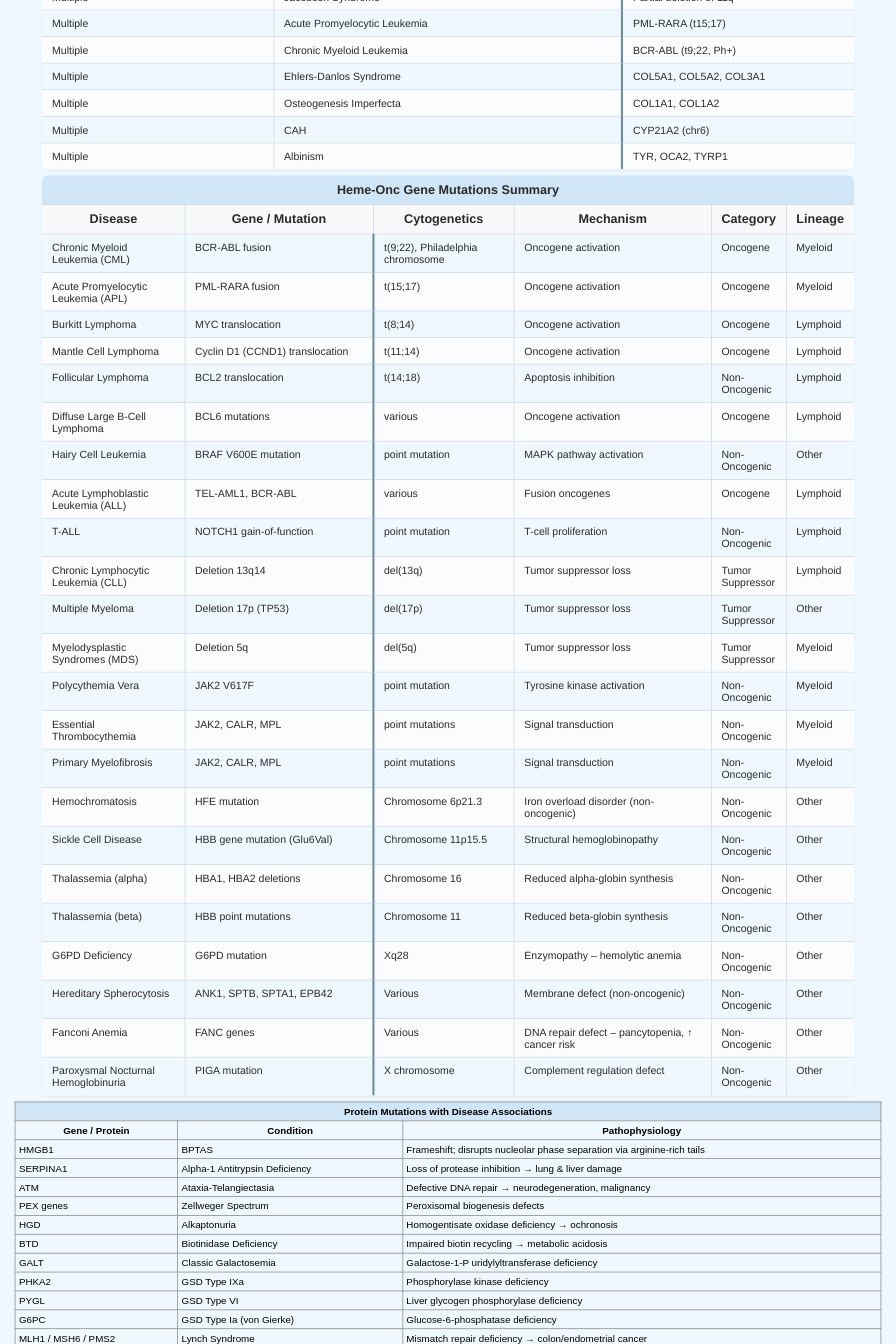
Repository: sharperdragon/STEVEL-1-Summaries
Page: subdex/metabolism.html
The author's editor kept a copy of each file at every save. The page is drawn from the files as they stood at one save, then again after the next save.
The browser window is 1280 px wide. The pictures show the part of the page from y = 4044 to 5964 px (the page is 6531 px tall before and 5207 px after), at 70% of full size.

Above is the page before, as saved 2025-05-19 13:04:34.

After the next save:
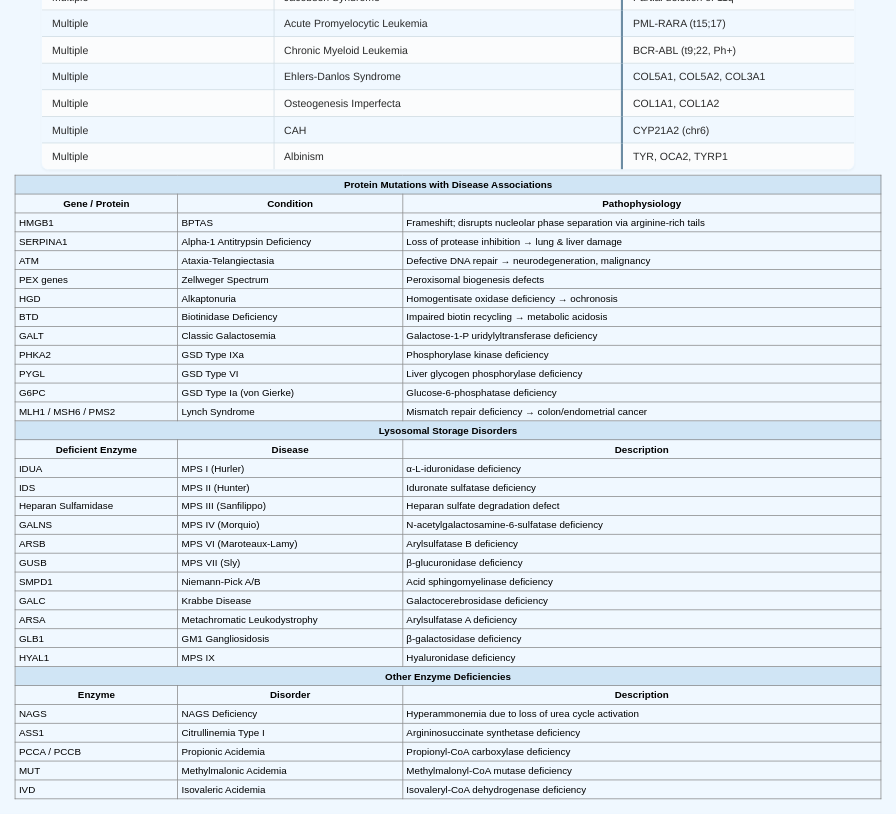
Saved 28 s later.
--- a/subdex/metabolism.html
+++ b/subdex/metabolism.html
@@ -222,50 +222,6 @@
   </table>
 </div>
 
-<div class="table-container">
-  <table class="autoantibody-table">
-    <thead>
-      <tr>
-        <th colspan="6" style="text-align: center; background-color: #d0e5f5;">
-          <strong>Heme-Onc Gene Mutations Summary</strong>
-        </th>
-      </tr>
-      <tr>
-        <th style="background-color: #f7f9fa;">Disease</th>
-        <th style="background-color: #f7f9fa;">Gene / Mutation</th>
-        <th style="background-color: #f7f9fa;">Cytogenetics</th>
-        <th style="background-color: #f7f9fa;">Mechanism</th>
-        <th style="background-color: #f7f9fa;">Category</th>
-        <th style="background-color: #f7f9fa;">Lineage</th>
-      </tr>
-    </thead>
-    <tbody>
-<tr><td>Chronic Myeloid Leukemia (CML)</td><td>BCR-ABL fusion</td><td>t(9;22), Philadelphia chromosome</td><td>Oncogene activation</td><td>Oncogene</td><td>Myeloid</td></tr>
-<tr><td>Acute Promyelocytic Leukemia (APL)</td><td>PML-RARA fusion</td><td>t(15;17)</td><td>Oncogene activation</td><td>Oncogene</td><td>Myeloid</td></tr>
-<tr><td>Burkitt Lymphoma</td><td>MYC translocation</td><td>t(8;14)</td><td>Oncogene activation</td><td>Oncogene</td><td>Lymphoid</td></tr>
-<tr><td>Mantle Cell Lymphoma</td><td>Cyclin D1 (CCND1) translocation</td><td>t(11;14)</td><td>Oncogene activation</td><td>Oncogene</td><td>Lymphoid</td></tr>
-<tr><td>Follicular Lymphoma</td><td>BCL2 translocation</td><td>t(14;18)</td><td>Apoptosis inhibition</td><td>Non-Oncogenic</td><td>Lymphoid</td></tr>
-<tr><td>Diffuse Large B-Cell Lymphoma</td><td>BCL6 mutations</td><td>various</td><td>Oncogene activation</td><td>Oncogene</td><td>Lymphoid</td></tr>
-<tr><td>Hairy Cell Leukemia</td><td>BRAF V600E mutation</td><td>point mutation</td><td>MAPK pathway activation</td><td>Non-Oncogenic</td><td>Other</td></tr>
-<tr><td>Acute Lymphoblastic Leukemia (ALL)</td><td>TEL-AML1, BCR-ABL</td><td>various</td><td>Fusion oncogenes</td><td>Oncogene</td><td>Lymphoid</td></tr>
-<tr><td>T-ALL</td><td>NOTCH1 gain-of-function</td><td>point mutation</td><td>T-cell proliferation</td><td>Non-Oncogenic</td><td>Lymphoid</td></tr>
-<tr><td>Chronic Lymphocytic Leukemia (CLL)</td><td>Deletion 13q14</td><td>del(13q)</td><td>Tumor suppressor loss</td><td>Tumor Suppressor</td><td>Lymphoid</td></tr>
-<tr><td>Multiple Myeloma</td><td>Deletion 17p (TP53)</td><td>del(17p)</td><td>Tumor suppressor loss</td><td>Tumor Suppressor</td><td>Other</td></tr>
-<tr><td>Myelodysplastic Syndromes (MDS)</td><td>Deletion 5q</td><td>del(5q)</td><td>Tumor suppressor loss</td><td>Tumor Suppressor</td><td>Myeloid</td></tr>
-<tr><td>Polycythemia Vera</td><td>JAK2 V617F</td><td>point mutation</td><td>Tyrosine kinase activation</td><td>Non-Oncogenic</td><td>Myeloid</td></tr>
-<tr><td>Essential Thrombocythemia</td><td>JAK2, CALR, MPL</td><td>point mutations</td><td>Signal transduction</td><td>Non-Oncogenic</td><td>Myeloid</td></tr>
-<tr><td>Primary Myelofibrosis</td><td>JAK2, CALR, MPL</td><td>point mutations</td><td>Signal transduction</td><td>Non-Oncogenic</td><td>Myeloid</td></tr>
-<tr><td>Hemochromatosis</td><td>HFE mutation</td><td>Chromosome 6p21.3</td><td>Iron overload disorder (non-oncogenic)</td><td>Non-Oncogenic</td><td>Other</td></tr>
-<tr><td>Sickle Cell Disease</td><td>HBB gene mutation (Glu6Val)</td><td>Chromosome 11p15.5</td><td>Structural hemoglobinopathy</td><td>Non-Oncogenic</td><td>Other</td></tr>
-<tr><td>Thalassemia (alpha)</td><td>HBA1, HBA2 deletions</td><td>Chromosome 16</td><td>Reduced alpha-globin synthesis</td><td>Non-Oncogenic</td><td>Other</td></tr>
-<tr><td>Thalassemia (beta)</td><td>HBB point mutations</td><td>Chromosome 11</td><td>Reduced beta-globin synthesis</td><td>Non-Oncogenic</td><td>Other</td></tr>
-<tr><td>G6PD Deficiency</td><td>G6PD mutation</td><td>Xq28</td><td>Enzymopathy – hemolytic anemia</td><td>Non-Oncogenic</td><td>Other</td></tr>
-<tr><td>Hereditary Spherocytosis</td><td>ANK1, SPTB, SPTA1, EPB42</td><td>Various</td><td>Membrane defect (non-oncogenic)</td><td>Non-Oncogenic</td><td>Other</td></tr>
-<tr><td>Fanconi Anemia</td><td>FANC genes</td><td>Various</td><td>DNA repair defect – pancytopenia, ↑ cancer risk</td><td>Non-Oncogenic</td><td>Other</td></tr>
-<tr><td>Paroxysmal Nocturnal Hemoglobinuria</td><td>PIGA mutation</td><td>X chromosome</td><td>Complement regulation defect</td><td>Non-Oncogenic</td><td>Other</td></tr>
-    </tbody>
-  </table>
-</div>
 
 <div class="table-responsive">
   <table border="2" frame="box" rules="all" cellspacing="1" cellpadding="5" style="width:100%; font-family:Arial, sans-serif; font-size:14px;">
